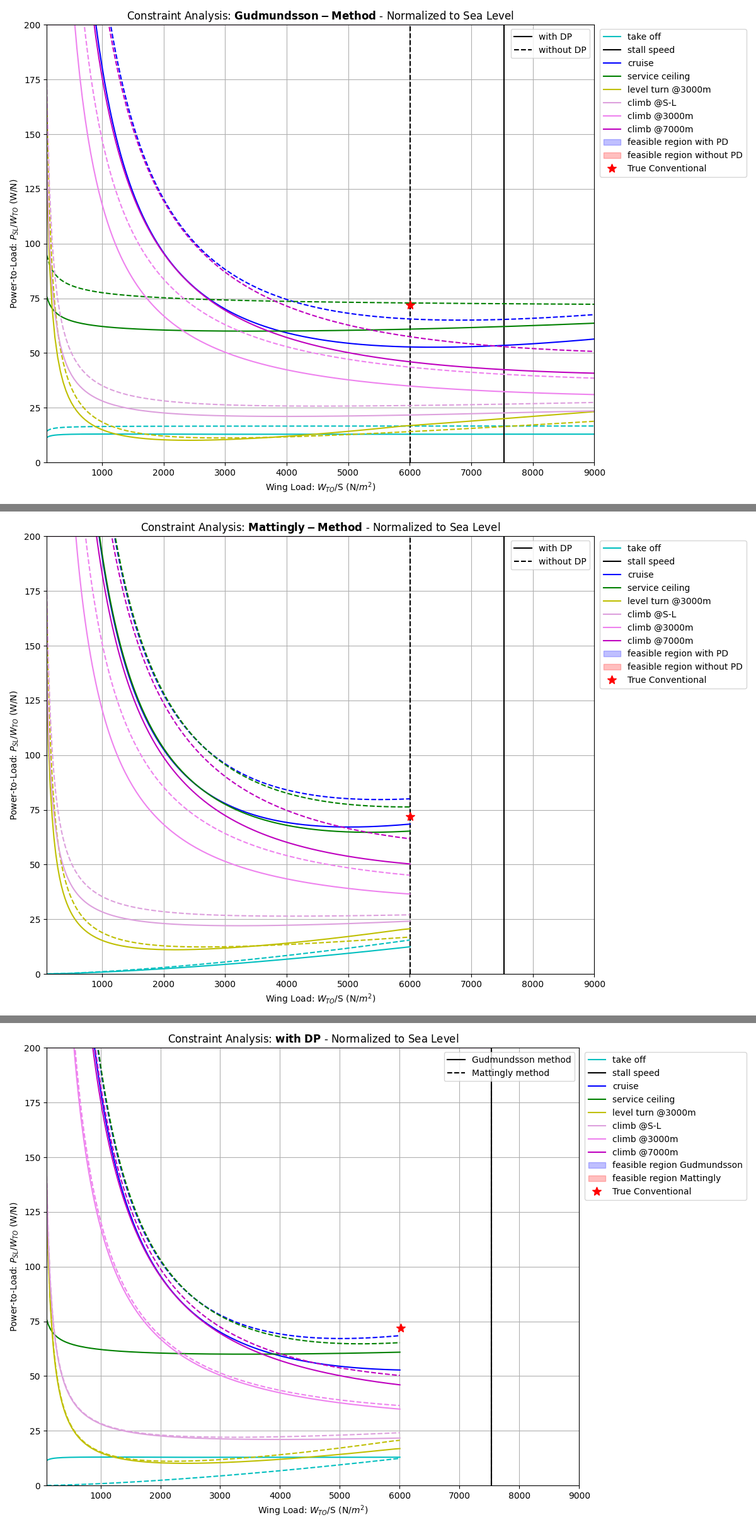
Repository: 12libao/DEA
Script's output: python Sizing_Method/ConstrainsAnalysis/ConstrainsAnalysisPD.py
These files come from the project's save history. The script's output is drawn as it stood at one moment and after the next save; the edit follows.
The pictures are shown at 63% of full size.
Each picture stacks the figures in order, with grey between them; figures that are only written to a file come last. Random numbers start from a fixed seed.

Above is the script's output before, as saved 2021-07-14 16:10:21.

After the next save:
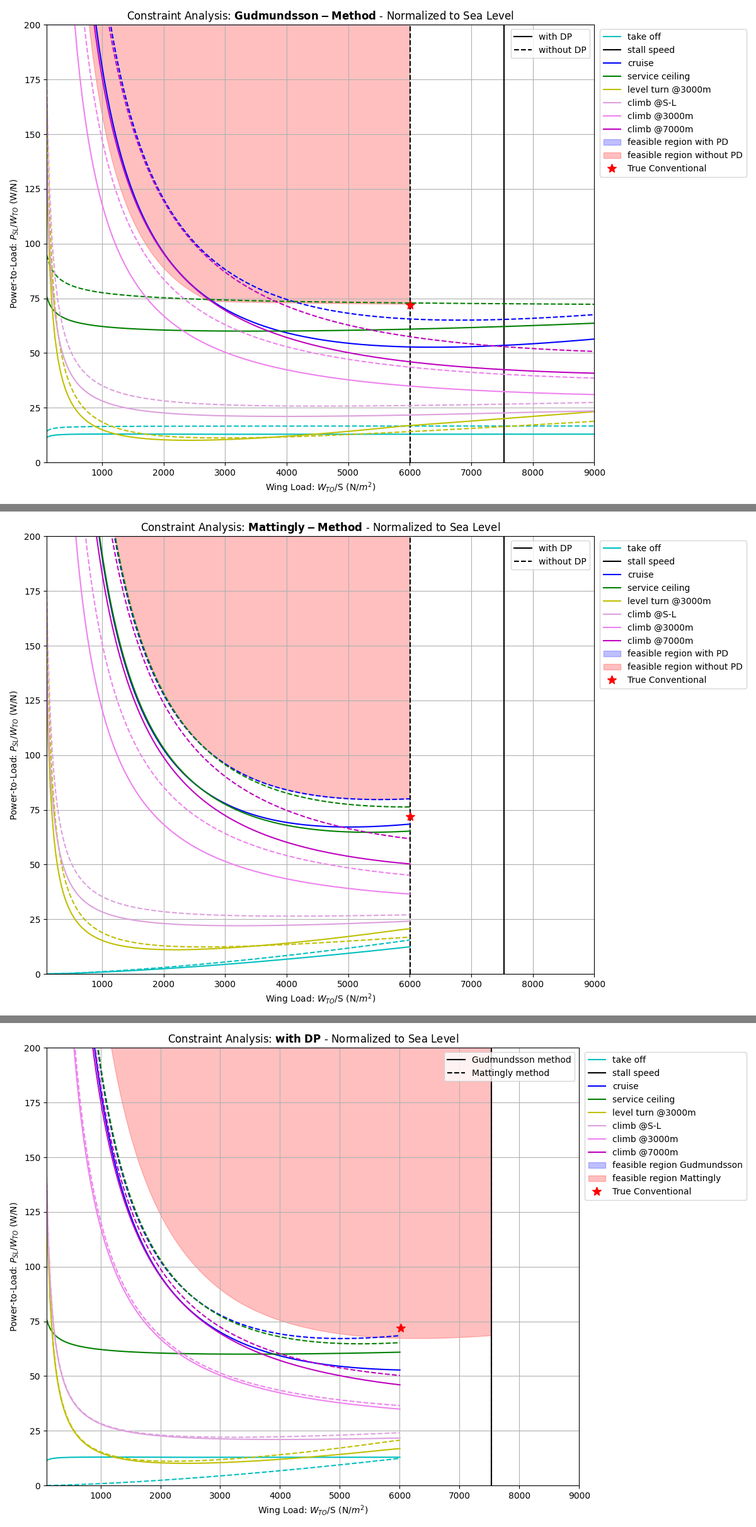
Saved 15 s later.
--- a/Sizing_Method/ConstrainsAnalysis/ConstrainsAnalysisPD.py
+++ b/Sizing_Method/ConstrainsAnalysis/ConstrainsAnalysisPD.py
@@ -299,7 +299,7 @@ if __name__ == "__main__":
         plt.fill_between(w_s, np.amax(p_w[0:m, :], axis=0), 200, color='b', alpha=0.25,
                          label=label[k])
         w_s = np.linspace(100, p_w[m, 1], n)
-        plt.fill_between(w_s, np.amax(p_w[m:2 * m, :], axis=0), 200, color='r', alpha=0.25,
+        plt.fill_between(w_s, np.amax(p_w[m+1:2 * m, :], axis=0), 200, color='r', alpha=0.25,
                          label=label[k + 3])
         plt.plot(6012, 72, 'r*', markersize=10, label='True Conventional')
         plt.xlabel('Wing Load: $W_{TO}$/S (N/${m^2}$)')
